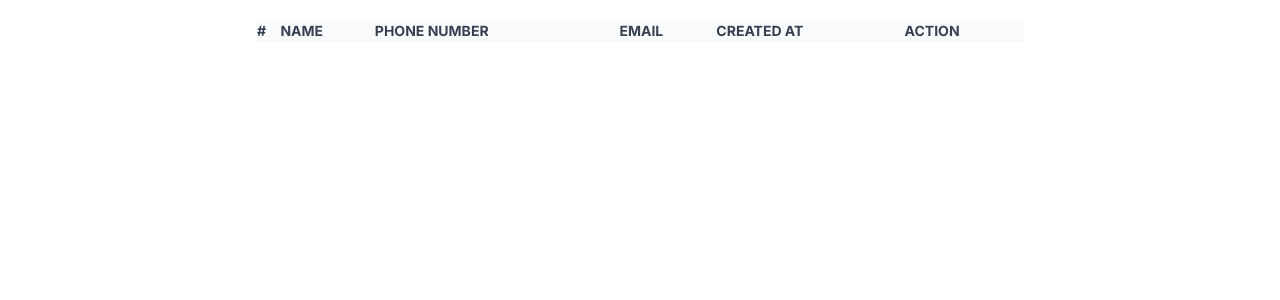
Repository: KilluaProject/crud-nextjs14
Page: /contacts
The author's editor kept a copy of each file at every save. The page is drawn from the files as they stood at one save, then again after the next save.
The browser window is 1280 px wide. The pictures show the whole page.
The project was rebuilt for these pictures with package versions that can differ from the ones it lists, and the page was loaded fresh each time. The framework's server and built-in components were replaced by stand-ins that run in the browser. Also part of the build but not shown: next.config.mjs.

Above is the page before, as saved 2024-06-30 11:21:45.

After the next save:
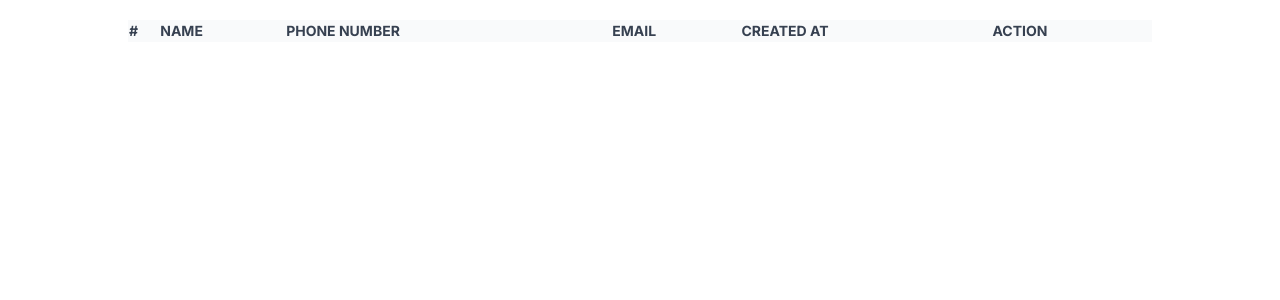
Saved 64 s later.
--- a/app/contacts/page.tsx
+++ b/app/contacts/page.tsx
@@ -3,7 +3,7 @@ import ContactsTable from '@/components/ContactsTable'
 
 const ContactsPage = () => {
   return (
-    <div className='max-w-screen-md mx-auto mt-5'>
+    <div className='max-w-screen-lg mx-auto mt-5'>
         <ContactsTable/>
     </div>
   )
